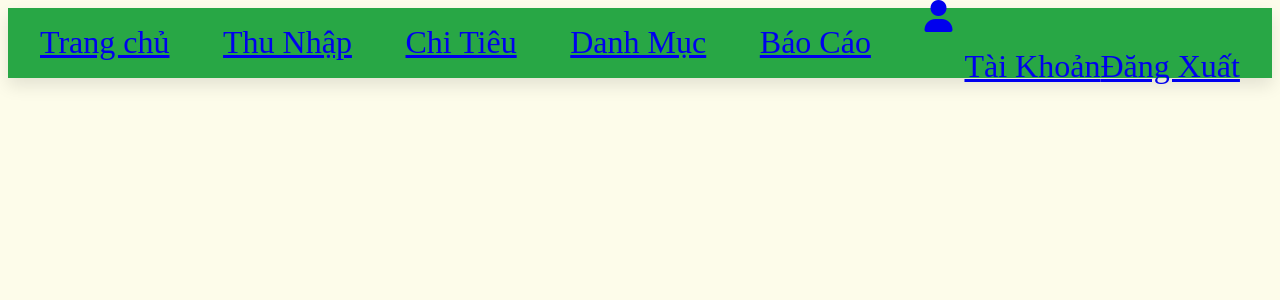
Repository: Dien973/expense_manager
Page: http://localhost/expense_manager/user_page/home.php
An editor plug-in stored every save of this project. The page is shown before and after the next save, followed by the edit.
The browser window is 1280 px wide. The pictures show the whole page.
The page is run by PHP 8.4 with error messages shown; the project is at /var/www/html/.

Above is the page before, as saved 2025-12-05 18:47:36.

After the next save:
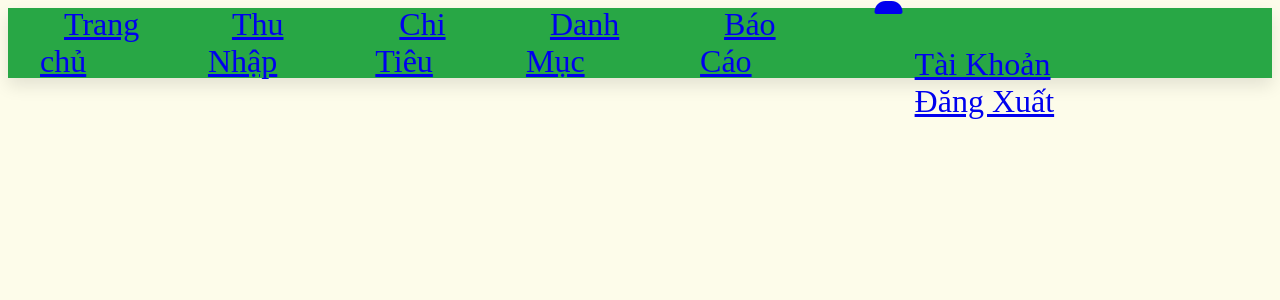
Saved 9 s later.
--- a/css/header.css
+++ b/css/header.css
@@ -27,6 +27,7 @@
 
 .header .flex li a {
   font-size: 2rem;
+  padding: 1rem 1.5rem;
 }
 /*
 .header .flex .logo {
